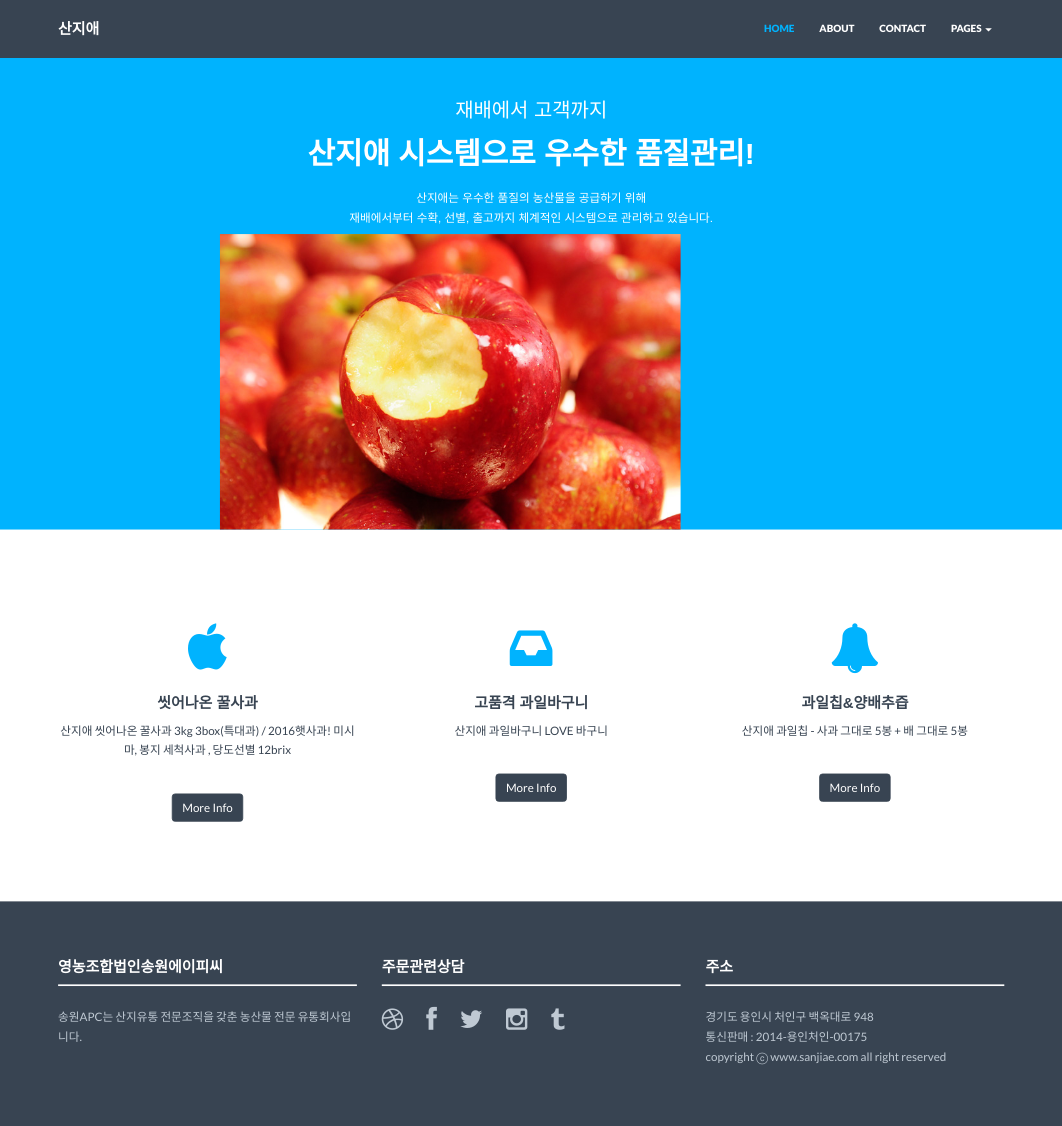
Repository: CHOKIHO/html
Page: work/0113/WebContent/index.html
An editor plug-in stored every save of this project. The page is shown before and after the next save, followed by the edit.
The browser window is 1280 px wide. The pictures show the whole page, at 83% of full size.
Some web fonts or font styles are not loaded; a fallback is used. Some web libraries are served in a nearby version.

Above is the page before, as saved 2017-01-13 07:28:29.

After the next save:
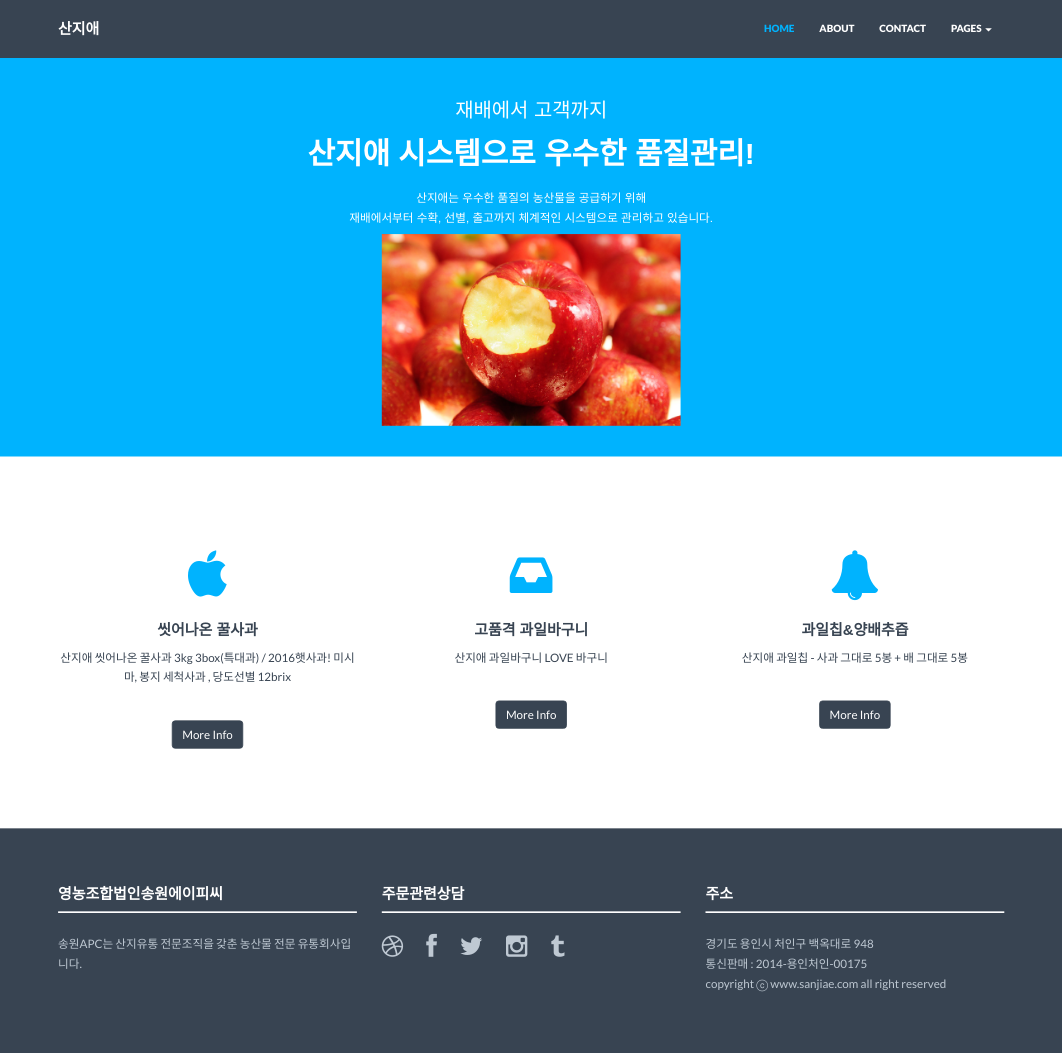
Saved 16 s later.
--- a/work/0113/WebContent/index.html
+++ b/work/0113/WebContent/index.html
@@ -65,7 +65,7 @@
 					<h5>산지애는 우수한 품질의 농산물을 공급하기 위해</h5>
 					<h5>재배에서부터 수확, 선별, 출고까지 체계적인 시스템으로 관리하고 있습니다.</h5>
 				</div>
-				<div class="col-lg-6 col-lg-offset-2">
+				<div class="col-lg-4 col-lg-offset-4">
 					<img src="assets/img/apple.png" class="img-responsive">
 				</div>
 			</div><!-- /row -->
